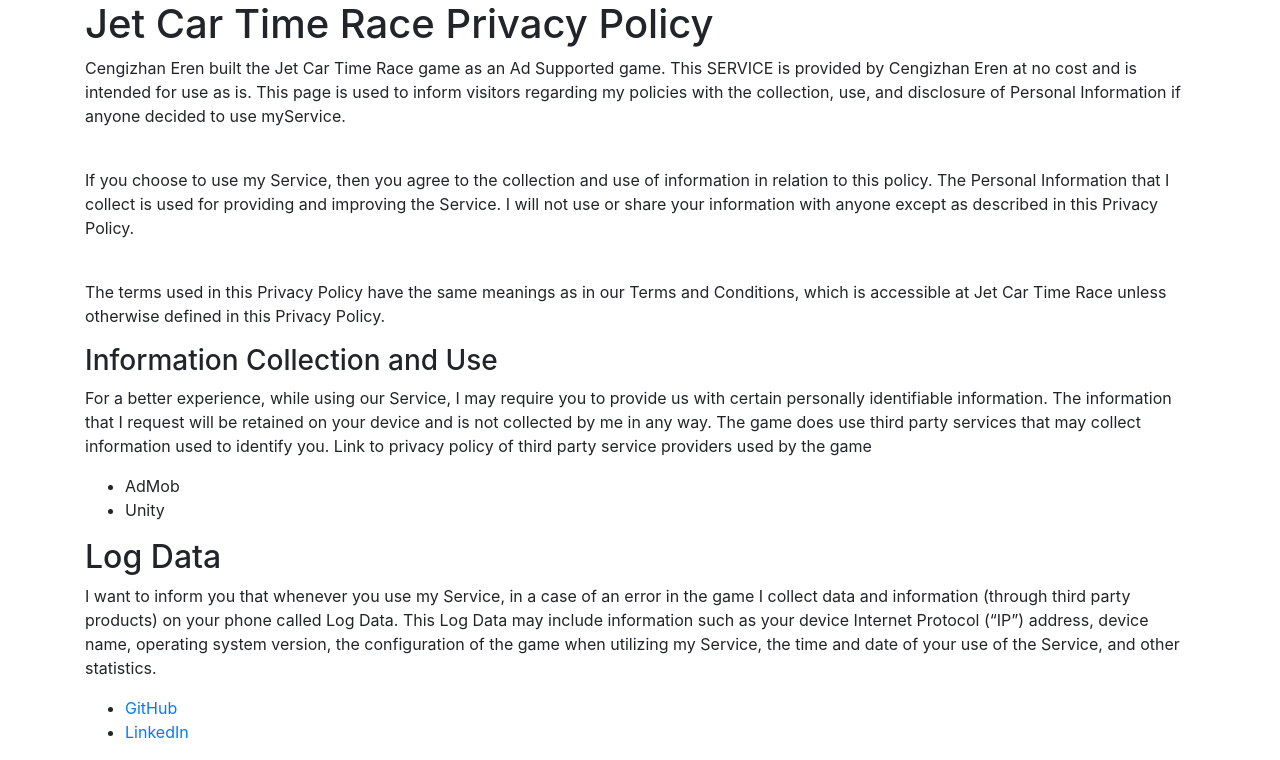
Repository: CengoCengo/cengocengo.github.io
Page: jetcartimeraceprivacypolicy.html
These files come from the project's save history. The page is drawn as it stood at one moment and after the next save; the edit follows.
The browser window is 1280 px wide. The pictures show the whole page.

Above is the page before, as saved 2022-10-11 14:30:28.

After the next save:
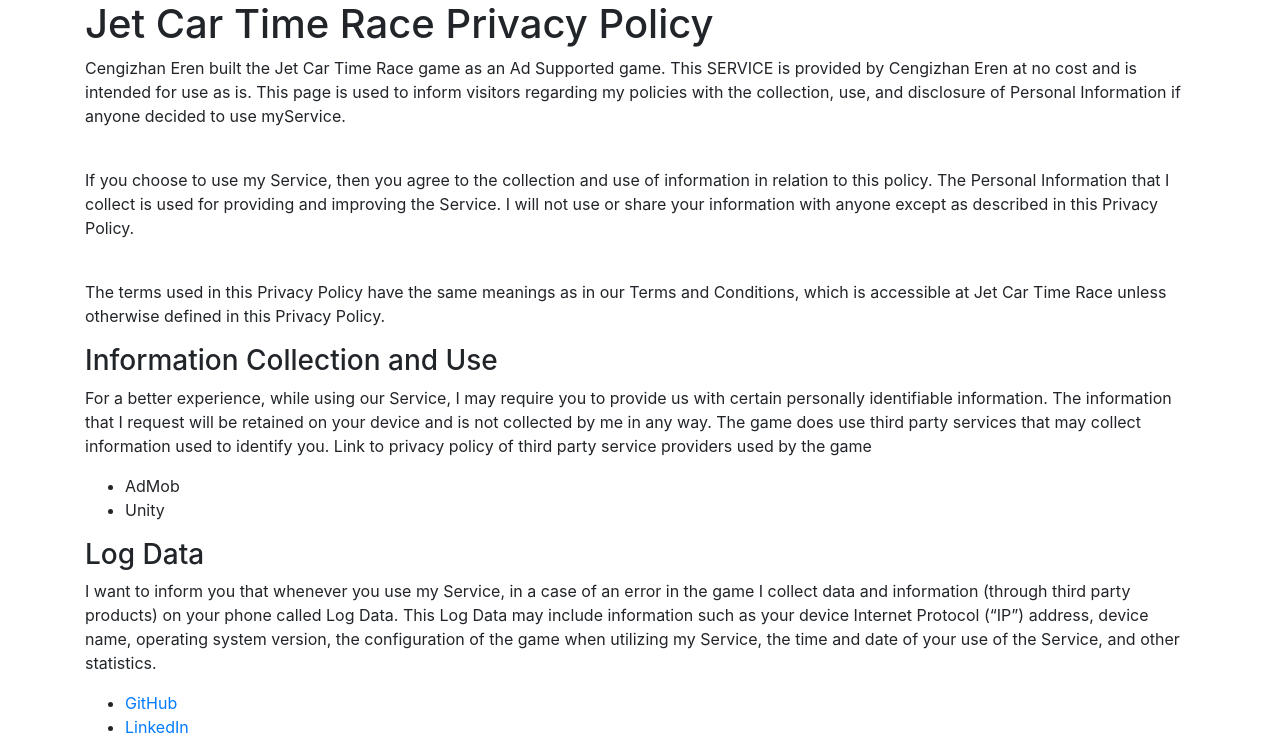
Saved 8 s later.
--- a/jetcartimeraceprivacypolicy.html
+++ b/jetcartimeraceprivacypolicy.html
@@ -59,7 +59,7 @@
                             <li>Unity</li>
                         </ul>
 
-                        <h2>Log Data</h2>
+                        <h3>Log Data</h3>
                         <p>
                             I want to inform you that whenever you use my Service, in a case of an error in the game I collect data and information (through third party products)
 on your phone called Log Data. This Log Data may include information such as your device Internet Protocol (“IP”) address, device name, operating
